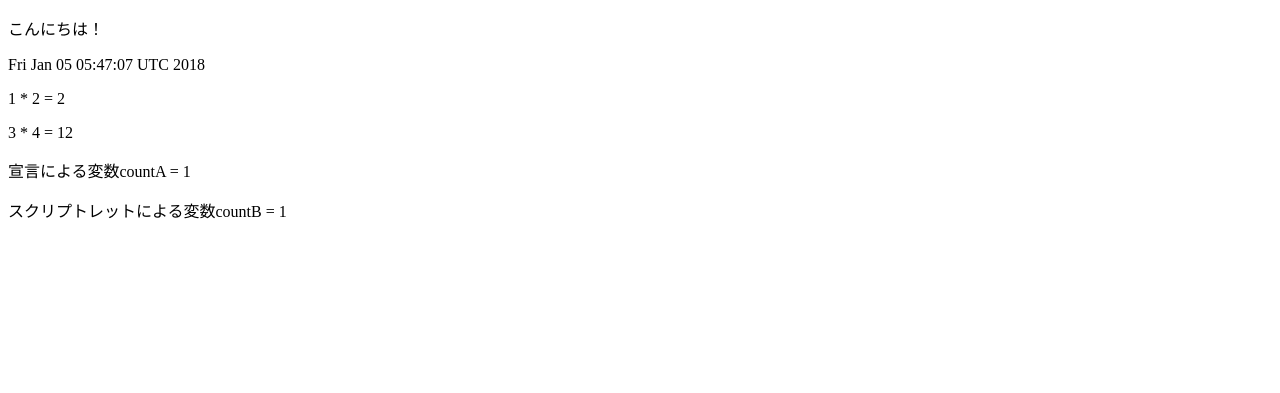
Repository: kf3225/backup
Page: http://localhost/HelloJSP1/
An editor plug-in stored every save of this project. The page is shown before and after the next save, followed by the edit.
The browser window is 1280 px wide. The pictures show the whole page.
The page is served by Tomcat 9.

Above is the page before, as saved 2018-01-10 06:57:39.

After the next save:
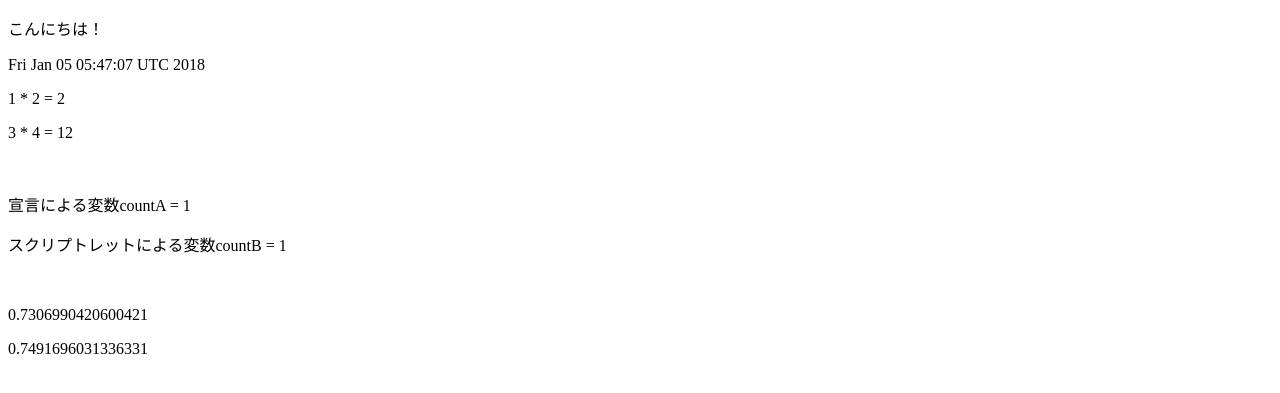
Saved 2 min 31 s later.
--- a/HelloJSP1/WebContent/index.jsp
+++ b/HelloJSP1/WebContent/index.jsp
@@ -22,12 +22,18 @@
 
 		<p>こんにちは！</p>
 		<% out.println(new java.util.Date()); %>
+		<br>
 
 		<p>1 * 2 = <%= add(1, 2) %></p>
 		<p>3 * 4 = <%= add(3, 4) %></p>
+		<br>
 
 		<p>宣言による変数countA = <%= countA %></p>
 		<p>スクリプトレットによる変数countB = <%= countB %></p>
+		<br>
+
+		<p><% out.println(Math.random()); %></p>
+		<p><%= Math.random() %></p>
 
 
 	</body>
